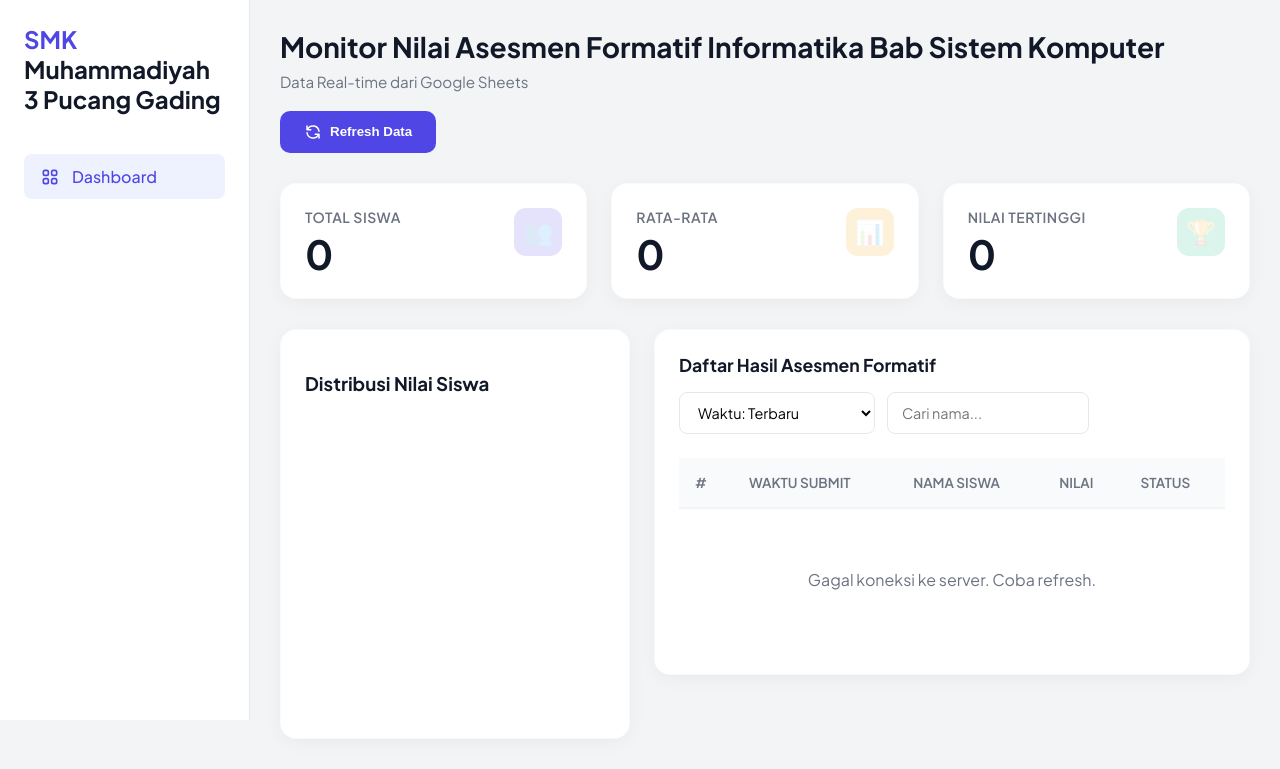
Repository: smkmutipugademak/dashboardnilaiasesmenformatif
Page: dashboard.html
An editor plug-in stored every save of this project. The page is shown before and after a run of saves, followed by the edit.
The browser window is 1280 px wide. The pictures show the whole page.
The page's requests for data from a server got no answer.

Above is the page before, as saved 2025-12-07 08:12:26.

### dashboard.html
<!DOCTYPE html>
<html lang="id">

<head>
    <meta charset="UTF-8">
    <meta name="viewport" content="width=device-width, initial-scale=1.0">
    <title>Dashboard Monitoring Asesmen Formatif Sistem Komputer</title>

    <link href="https://fonts.googleapis.com/css2?family=Plus+Jakarta+Sans:wght@400;500;600;700&display=swap"
        rel="stylesheet">

    <script src="https://cdn.jsdelivr.net/npm/chart.js"></script>

    <link rel="stylesheet" href="dashboard.css">
</head>

<body>

    <nav class="sidebar">
        <div class="logo">
            <h2>SMK <span>Muhammadiyah 3 Pucang Gading</span></h2>
        </div>
        <div class="menu-item active">
            <svg width="20" height="20" fill="none" stroke="currentColor" viewBox="0 0 24 24">
                <path stroke-linecap="round" stroke-linejoin="round" stroke-width="2"
                    d="M4 6a2 2 0 012-2h2a2 2 0 012 2v2a2 2 0 01-2 2H6a2 2 0 01-2-2V6zM14 6a2 2 0 012-2h2a2 2 0 012 2v2a2 2 0 01-2 2h-2a2 2 0 01-2-2V6zM4 16a2 2 0 012-2h2a2 2 0 012 2v2a2 2 0 01-2 2H6a2 2 0 01-2-2v-2zM14 16a2 2 0 012-2h2a2 2 0 012 2v2a2 2 0 01-2 2h-2a2 2 0 01-2-2v-2z">
                </path>
            </svg>
            Dashboard
        </div>
    </nav>

    <main class="main-content">
        <header class="top-bar">
            <div>
                <h1>Monitor Nilai Asesmen Formatif Informatika Bab Sistem Komputer</h1>
                <p class="subtitle">Data Real-time dari Google Sheets</p>
            </div>
            <button class="btn-refresh" onclick="loadData()">
                <svg width="18" height="18" fill="none" stroke="currentColor" viewBox="0 0 24 24">
                    <path stroke-linecap="round" stroke-linejoin="round" stroke-width="2"
                        d="M4 4v5h.582m15.356 2A8.001 8.001 0 004.582 9m0 0H9m11 11v-5h-.581m0 0a8.003 8.003 0 01-15.357-2m15.357 2H15">
                    </path>
                </svg>
                Refresh Data
            </button>
        </header>

        <div class="stats-container">
            <div class="card stat-card">
                <div class="stat-title">Total Siswa</div>
                <div class="stat-value" id="totalSiswa">0</div>
                <div class="stat-icon bg-blue">👥</div>
            </div>
            <div class="card stat-card">
                <div class="stat-title">Rata-Rata</div>
                <div class="stat-value" id="rataRata">0</div>
                <div class="stat-icon bg-orange">📊</div>
            </div>
            <div class="card stat-card">
                <div class="stat-title">Nilai Tertinggi</div>
                <div class="stat-value" id="nilaiTertinggi">0</div>
                <div class="stat-icon bg-green">🏆</div>
            </div>
        </div>

        <div class="content-grid">

            <div class="card chart-section">
                <h3>Distribusi Nilai Siswa</h3>
                <div class="chart-wrapper">
                    <canvas id="scoreChart"></canvas>
                </div>
            </div>

            <div class="card table-section">
                <div class="table-header">
                    <h3>Daftar Hasil Asesmen Formatif</h3>
                    <div class="controls">
                        <select id="sortFilter" onchange="applySort()">
                            <option value="time_desc">Waktu: Terbaru</option>
                            <option value="time_asc">Waktu: Terlama (Awal)</option>
                            <option value="score_desc">Nilai: Tertinggi</option>
                            <option value="score_asc">Nilai: Terendah</option>
                        </select>
                        <input type="text" id="searchInput" placeholder="Cari nama..." onkeyup="applySearch()">
                    </div>
                </div>

                <div class="table-responsive">
                    <table id="resultTable">
                        <thead>
                            <tr>
                                <th>#</th>
                                <th>Waktu Submit</th>
                                <th>Nama Siswa</th>
                                <th>Nilai</th>
                                <th>Status</th>
                            </tr>
                        </thead>
                        <tbody id="tableBody">
                        </tbody>
                    </table>
                    <div id="loading" class="loading-state">Sedang memuat data...</div>
                    <div id="empty" class="empty-state" style="display:none;">Belum ada data.</div>
                </div>
            </div>
        </div>
    </main>

    <script src="dashboard.js"></script>
</body>

</html>

### dashboard.css
/* =========================================
   1. GLOBAL RESET & VARIABLES
   ========================================= */
:root {
    --primary: #4f46e5;
    --primary-dark: #4338ca;
    --bg-body: #f3f4f6;
    --bg-card: #ffffff;
    --text-main: #111827;
    --text-muted: #6b7280;
    --border: #e5e7eb;
    --success: #10b981;
    --warning: #f59e0b;
    --danger: #ef4444;
    --sidebar-width: 250px;
}

* {
    box-sizing: border-box;
    /* Penting agar padding tidak merusak lebar */
}

body {
    font-family: 'Plus Jakarta Sans', sans-serif;
    background-color: var(--bg-body);
    color: var(--text-main);
    margin: 0;
    display: flex;
    min-height: 100vh;
    overflow-x: hidden;
    /* Mencegah scroll ke samping pada body */
}

/* =========================================
   2. SIDEBAR (Desktop First)
   ========================================= */
.sidebar {
    width: var(--sidebar-width);
    background: var(--bg-card);
    border-right: 1px solid var(--border);
    padding: 24px;
    display: flex;
    flex-direction: column;
    position: fixed;
    top: 0;
    left: 0;
    height: 100%;
    z-index: 100;
    transition: transform 0.3s ease;
}

.logo h2 {
    color: var(--primary);
    margin: 0 0 40px 0;
    font-size: 1.5rem;
}

.logo span {
    color: var(--text-main);
}

.menu-item {
    padding: 12px 16px;
    border-radius: 8px;
    cursor: pointer;
    display: flex;
    align-items: center;
    gap: 12px;
    color: var(--text-muted);
    font-weight: 500;
    transition: all 0.2s ease;
    margin-bottom: 5px;
}

.menu-item.active,
.menu-item:hover {
    background: #eef2ff;
    color: var(--primary);
}

/* =========================================
   3. MAIN CONTENT
   ========================================= */
.main-content {
    flex: 1;
    margin-left: var(--sidebar-width);
    /* Memberi ruang untuk sidebar */
    padding: 30px;
    width: calc(100% - var(--sidebar-width));
    /* Kalkulasi lebar akurat */
    transition: all 0.3s ease;
}

/* HEADER / TOP BAR */
.top-bar {
    display: flex;
    justify-content: space-between;
    align-items: flex-start;
    /* Ubah ke flex-start agar teks panjang aman */
    flex-wrap: wrap;
    /* Agar elemen turun ke bawah jika layar sempit */
    gap: 20px;
    margin-bottom: 30px;
}

.top-bar h1 {
    margin: 0;
    font-size: 1.75rem;
    line-height: 1.2;
}

.subtitle {
    color: var(--text-muted);
    margin: 8px 0 0 0;
    font-size: 0.95rem;
}

.btn-refresh {
    background: var(--primary);
    color: white;
    border: none;
    padding: 12px 24px;
    border-radius: 10px;
    font-weight: 600;
    cursor: pointer;
    display: inline-flex;
    align-items: center;
    gap: 8px;
    transition: background 0.2s;
    white-space: nowrap;
    /* Mencegah teks tombol terpotong */
}

.btn-refresh:hover {
    background: var(--primary-dark);
}

/* =========================================
   4. STATS CARDS
   ========================================= */
.stats-container {
    display: grid;
    /* Responsive Grid: Otomatis menyesuaikan jumlah kolom */
    grid-template-columns: repeat(auto-fit, minmax(240px, 1fr));
    gap: 24px;
    margin-bottom: 30px;
}

.card {
    background: var(--bg-card);
    border-radius: 16px;
    padding: 24px;
    box-shadow: 0 4px 20px -2px rgba(0, 0, 0, 0.05);
    border: 1px solid rgba(0, 0, 0, 0.02);
}

.stat-card {
    position: relative;
    overflow: hidden;
}

.stat-title {
    color: var(--text-muted);
    font-size: 0.875rem;
    font-weight: 600;
    text-transform: uppercase;
    letter-spacing: 0.5px;
}

.stat-value {
    font-size: 2.5rem;
    font-weight: 800;
    margin-top: 8px;
    color: var(--text-main);
    line-height: 1;
}

.stat-icon {
    position: absolute;
    right: 24px;
    top: 24px;
    width: 48px;
    height: 48px;
    border-radius: 12px;
    display: flex;
    align-items: center;
    justify-content: center;
    font-size: 1.5rem;
    opacity: 0.15;
}

/* Utility Colors */
.bg-blue {
    background: var(--primary);
    color: var(--primary);
}

.bg-orange {
    background: var(--warning);
    color: var(--warning);
}

.bg-green {
    background: var(--success);
    color: var(--success);
}

/* =========================================
   5. CHART & TABLE LAYOUT
   ========================================= */
.content-grid {
    display: grid;
    grid-template-columns: 350px 1fr;
    /* Chart fixed width, Tabel sisa ruang */
    gap: 24px;
    align-items: start;
}

.chart-wrapper {
    position: relative;
    height: 300px;
    /* Tinggi grafik fix */
    width: 100%;
    margin-top: 10px;
}

/* =========================================
   6. TABLE STYLES
   ========================================= */
.table-section {
    overflow: hidden;
    /* Mencegah card melebar */
}

.table-header {
    display: flex;
    justify-content: space-between;
    align-items: center;
    margin-bottom: 24px;
    flex-wrap: wrap;
    gap: 16px;
}

.table-header h3 {
    margin: 0;
    font-size: 1.1rem;
}

.controls {
    display: flex;
    gap: 12px;
    flex-wrap: wrap;
    /* Agar input turun di HP */
}

.controls select,
.controls input {
    padding: 10px 14px;
    border: 1px solid var(--border);
    border-radius: 8px;
    font-family: inherit;
    font-size: 0.9rem;
    outline: none;
    background: #fff;
}

.controls input {
    min-width: 200px;
}

/* Responsive Table Wrapper */
.table-responsive {
    width: 100%;
    overflow-x: auto;
    /* Scroll horizontal jika tabel kepanjangan */
    -webkit-overflow-scrolling: touch;
    /* Smooth scroll di iOS */
}

table {
    width: 100%;
    border-collapse: collapse;
    white-space: nowrap;
    /* Mencegah teks tabel turun baris berantakan */
}

th {
    text-align: left;
    padding: 16px;
    color: var(--text-muted);
    font-size: 0.85rem;
    font-weight: 600;
    text-transform: uppercase;
    border-bottom: 2px solid var(--bg-body);
    background: #f9fafb;
}

td {
    padding: 16px;
    border-bottom: 1px solid var(--border);
    font-size: 0.95rem;
    color: var(--text-main);
}

tr:last-child td {
    border-bottom: none;
}

/* Badge Styles */
.badge {
    padding: 6px 12px;
    border-radius: 20px;
    font-size: 0.75rem;
    font-weight: 700;
    letter-spacing: 0.5px;
    display: inline-block;
}

.badge-pass {
    background: #d1fae5;
    color: #065f46;
}

.badge-fail {
    background: #fee2e2;
    color: #991b1b;
}

.loading-state,
.empty-state {
    text-align: center;
    padding: 60px 20px;
    color: var(--text-muted);
}

/* =========================================
   7. RESPONSIVE / MEDIA QUERIES (HP & Tablet)
   ========================================= */

/* Tablet & Mobile (Layar < 1024px) */
@media (max-width: 1024px) {

    /* Layout kolom menjadi 1 baris ke bawah */
    .content-grid {
        grid-template-columns: 1fr;
    }

    .chart-wrapper {
        height: 250px;
        /* Grafik sedikit lebih pendek di tablet */
    }
}

/* Mobile (Layar < 768px) */
@media (max-width: 768px) {

    /* 1. Sembunyikan Sidebar */
    .sidebar {
        transform: translateX(-100%);
        /* Geser sidebar ke luar layar */
        display: none;
        /* Hilangkan total */
    }

    /* 2. Main Content Full Width */
    .main-content {
        margin-left: 0;
        width: 100%;
        padding: 20px;
    }

    /* 3. Header Adjustment */
    .top-bar {
        flex-direction: column;
        /* Judul di atas, tombol di bawah */
        align-items: stretch;
        /* Tombol jadi full width */
        gap: 15px;
    }

    .btn-refresh {
        justify-content: center;
        /* Teks tombol di tengah */
        width: 100%;
    }

    /* 4. Controls Form Full Width */
    .controls {
        width: 100%;
        flex-direction: column;
    }

    .controls select,
    .controls input {
        width: 100%;
        min-width: unset;
    }

    /* 5. Font Sizes Adjustment */
    .stat-value {
        font-size: 2rem;
    }

    h1 {
        font-size: 1.5rem;
    }
}

### dashboard.js
// ==========================================
// KONFIGURASI
// ==========================================
// Paste URL Google Apps Script Bapak di sini:
const API_URL = "https://script.google.com/macros/s/AKfycbwCPLNZcQ-7rjg74-pfTkrodI_srdDcAbno6ccI1kWK7CsCMqtT2Rxt4WJLOvhmm1Ol/exec";

let rawData = []; // Menyimpan data mentah dari server
let chartInstance = null; // Menyimpan instance grafik

// Saat halaman dimuat
document.addEventListener('DOMContentLoaded', () => {
    loadData();
});

// ==========================================
// FUNGSI UTAMA: LOAD DATA
// ==========================================
async function loadData() {
    const loading = document.getElementById('loading');
    const empty = document.getElementById('empty');
    const tableBody = document.getElementById('tableBody');

    // Reset UI
    tableBody.innerHTML = '';
    loading.style.display = 'block';
    empty.style.display = 'none';

    try {
        // Fetch data dengan timestamp agar tidak dicache browser
        const response = await fetch(`${API_URL}?t=${new Date().getTime()}`);
        const data = await response.json();

        loading.style.display = 'none';

        if (!data || data.length === 0) {
            empty.style.display = 'block';
            updateStats([]);
            return;
        }

        // Simpan data ke variabel global & Bersihkan format nilai
        rawData = data.map(item => {
            // Bersihkan tanda kutip pada nilai jika ada ("'80" -> 80)
            let cleanScore = parseInt(item.nilai.toString().replace(/['"]/g, ''));
            return {
                waktu: new Date(item.waktu),
                nama: item.nama,
                nilai: isNaN(cleanScore) ? 0 : cleanScore
            };
        });

        // Jalankan fungsi-fungsi render
        updateStats(rawData);
        renderChart(rawData);
        applySort(); // Ini akan memanggil renderTable juga

    } catch (error) {
        console.error("Error:", error);
        loading.innerHTML = "Gagal koneksi ke server. Coba refresh.";
    }
}

// ==========================================
// LOGIKA SORTING & FILTER
// ==========================================
function applySort() {
    const sortValue = document.getElementById('sortFilter').value;
    let sortedData = [...rawData]; // Copy array agar master data tidak rusak

    // Logika Pengurutan
    sortedData.sort((a, b) => {
        if (sortValue === 'time_desc') return b.waktu - a.waktu; // Terbaru
        if (sortValue === 'time_asc') return a.waktu - b.waktu;  // Terlama (Tercepat submit)
        if (sortValue === 'score_desc') return b.nilai - a.nilai; // Nilai Tinggi
        if (sortValue === 'score_asc') return a.nilai - b.nilai;  // Nilai Rendah
    });

    applySearch(sortedData);
}

function applySearch(dataToRender = null) {
    const query = document.getElementById('searchInput').value.toLowerCase();

    // Jika dataToRender null, berarti dipanggil langsung dari input search, ambil dari rawData yg sudah disort
    let sourceData = dataToRender || rawData;

    // Namun untuk konsistensi sorting saat search, kita panggil sort dulu
    if (!dataToRender) {
        const sortValue = document.getElementById('sortFilter').value;
        sourceData = [...rawData].sort((a, b) => {
            if (sortValue === 'time_desc') return b.waktu - a.waktu;
            if (sortValue === 'time_asc') return a.waktu - b.waktu;
            if (sortValue === 'score_desc') return b.nilai - a.nilai;
            if (sortValue === 'score_asc') return a.nilai - b.nilai;
        });
    }

    const filtered = sourceData.filter(item => item.nama.toLowerCase().includes(query));
    renderTable(filtered);
}

// ==========================================
// RENDER TABEL
// ==========================================
function renderTable(data) {
    const tableBody = document.getElementById('tableBody');
    tableBody.innerHTML = '';

    data.forEach((row, index) => {
        const tr = document.createElement('tr');

        // Format Waktu: 07 Des, 10:30
        const timeString = row.waktu.toLocaleDateString('id-ID', { day: 'numeric', month: 'short' }) +
            ', ' + row.waktu.toLocaleTimeString('id-ID', { hour: '2-digit', minute: '2-digit' });

        // Tentukan Badge
        const statusBadge = row.nilai >= 75
            ? `<span class="badge badge-pass">Lulus</span>`
            : `<span class="badge badge-fail">Remedial</span>`;

        tr.innerHTML = `
            <td>${index + 1}</td>
            <td style="color: var(--text-muted); font-size: 0.9rem;">${timeString}</td>
            <td style="font-weight: 600;">${row.nama}</td>
            <td style="font-weight: 700;">${row.nilai}</td>
            <td>${statusBadge}</td>
        `;
        tableBody.appendChild(tr);
    });
}

// ==========================================
// UPDATE STATISTIK & GRAFIK
// ==========================================
function updateStats(data) {
    const total = data.length;
    if (total === 0) return;

    // Hitung rata-rata
    const sum = data.reduce((acc, curr) => acc + curr.nilai, 0);
    const avg = Math.round(sum / total);

    // Cari nilai tertinggi
    const max = Math.max(...data.map(item => item.nilai));

    // Update UI
    document.getElementById('totalSiswa').innerText = total;
    document.getElementById('rataRata').innerText = avg;
    document.getElementById('nilaiTertinggi').innerText = max;
}

function renderChart(data) {
    const ctx = document.getElementById('scoreChart').getContext('2d');

    // Kategorikan Nilai (Range)
    let rangeA = 0; // 85 - 100
    let rangeB = 0; // 70 - 84
    let rangeC = 0; // < 70

    data.forEach(item => {
        if (item.nilai >= 85) rangeA++;
        else if (item.nilai >= 70) rangeB++;
        else rangeC++;
    });

    // Hapus chart lama jika ada (untuk refresh)
    if (chartInstance) chartInstance.destroy();

    // Buat Chart Baru
    chartInstance = new Chart(ctx, {
        type: 'doughnut', // Tipe Chart: Pie/Doughnut
        data: {
            labels: ['Sangat Baik (>85)', 'Baik (70-84)', 'Perlu Bimbingan (<70)'],
            datasets: [{
                data: [rangeA, rangeB, rangeC],
                backgroundColor: [
                    '#10b981', // Hijau
                    '#f59e0b', // Orange
                    '#ef4444'  // Merah
                ],
                borderWidth: 0
            }]
        },
        options: {
            responsive: true,
            maintainAspectRatio: false,
            plugins: {
                legend: {
                    position: 'bottom',
                    labels: { usePointStyle: true, padding: 20 }
                }
            }
        }
    });
}

After the next 2 saves:
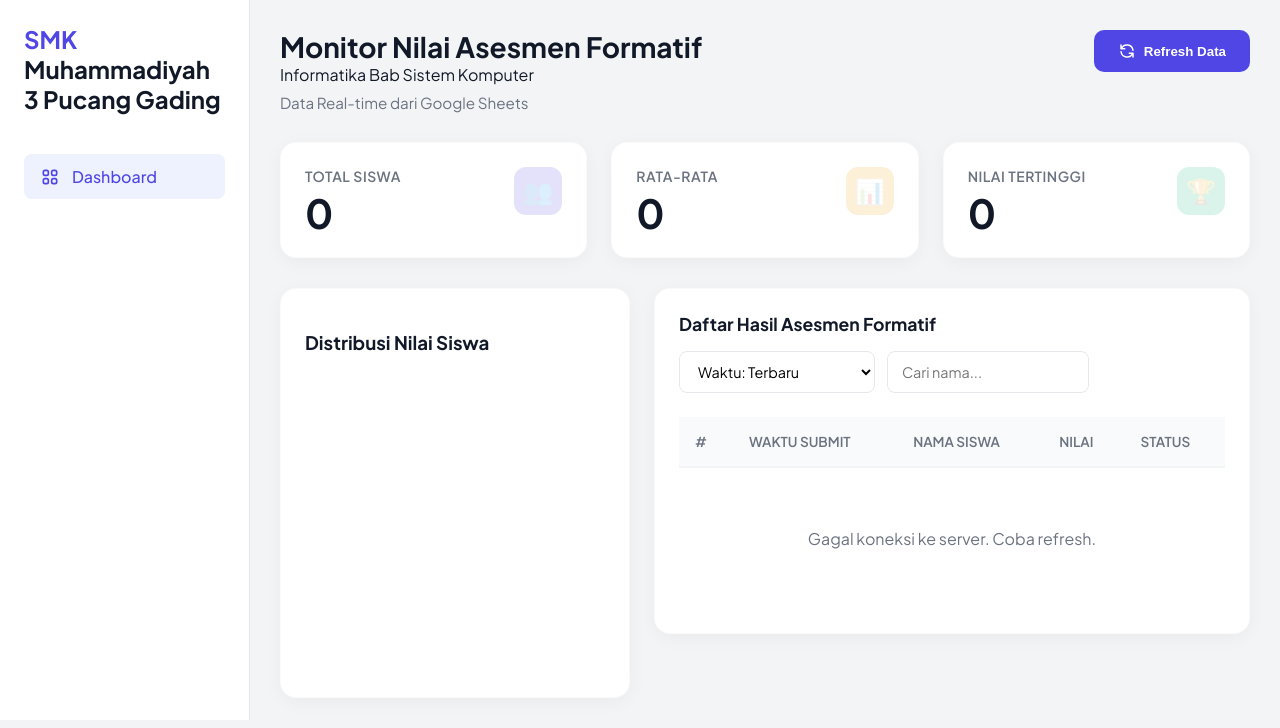
The 2 saves are shown as one change because they came seconds apart.
The last was saved 16 s later.
--- a/dashboard.html
+++ b/dashboard.html
@@ -33,7 +33,7 @@
     <main class="main-content">
         <header class="top-bar">
             <div>
-                <h1>Monitor Nilai Asesmen Formatif Informatika Bab Sistem Komputer</h1>
+                <h1>Monitor Nilai Asesmen Formatif </h1> Informatika Bab Sistem Komputer</h1>
                 <p class="subtitle">Data Real-time dari Google Sheets</p>
             </div>
             <button class="btn-refresh" onclick="loadData()">
